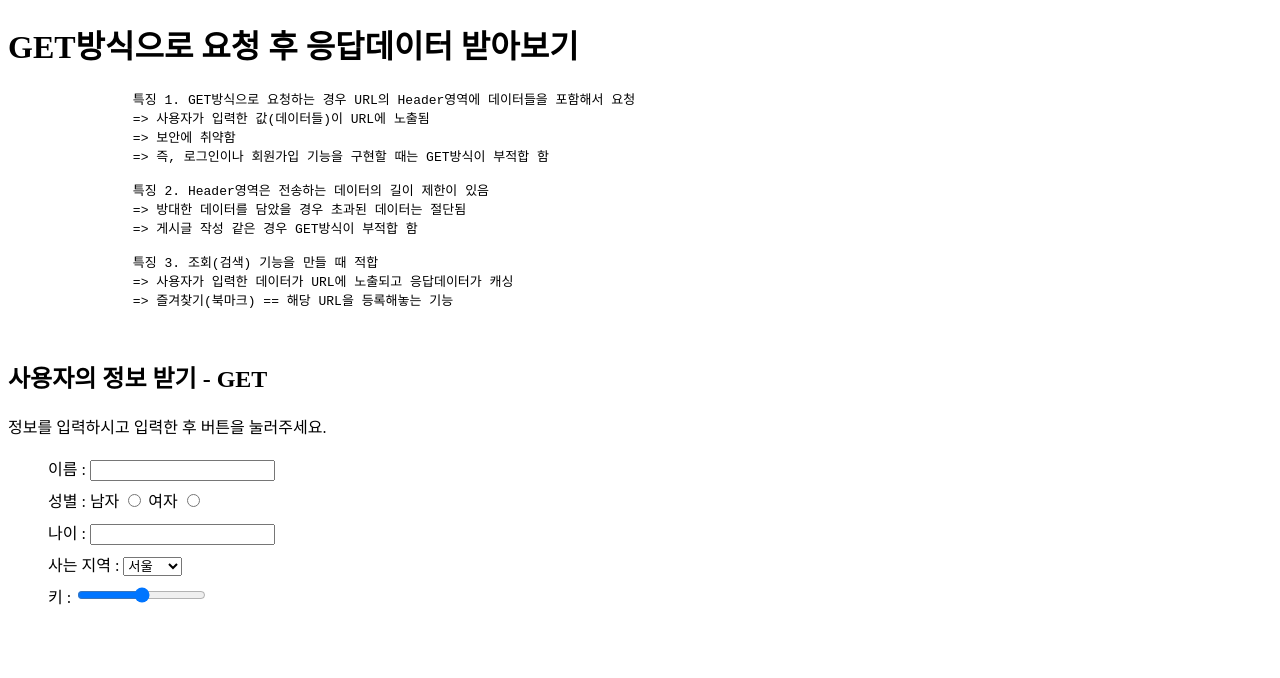
Repository: Rostreaca/0922_Web
Page: MyFirstWebProject/src/main/webapp/views/request_get.html
An editor plug-in stored every save of this project. The page is shown before and after the next save, followed by the edit.
The browser window is 1280 px wide. The pictures show the whole page.

Above is the page before, as saved 2025-09-22 08:13:12.

### MyFirstWebProject/src/main/webapp/views/request_get.html
<!DOCTYPE html>
<html>
<head>
<meta charset="UTF-8">
<title>Get 방식 요청 테스트</title>
<style>
	ul {
		list-style : none;
		line-height : 200%;
	}
</style>
</head>
<body>
	<h1>GET방식으로 요청 후 응답데이터 받아보기</h1>

	<pre>
		특징 1. GET방식으로 요청하는 경우 URL의 Header영역에 데이터들을 포함해서 요청
		=> 사용자가 입력한 값(데이터들)이 URL에 노출됨
		=> 보안에 취약함
		=> 즉, 로그인이나 회원가입 기능을 구현할 때는 GET방식이 부적합 함

		특징 2. Header영역은 전송하는 데이터의 길이 제한이 있음
		=> 방대한 데이터를 담았을 경우 초과된 데이터는 절단됨
		=> 게시글 작성 같은 경우 GET방식이 부적합 함

		특징 3. 조회(검색) 기능을 만들 때 적합
		=> 사용자가 입력한 데이터가 URL에 노출되고 응답데이터가 캐싱
		=> 즐겨찾기(북마크) == 해당 URL을 등록해놓는 기능

	</pre>

	<h2> 사용자의 정보 받기 - GET </h2>
	<p>정보를 입력하시고 입력한 후 버튼을 눌러주세요.</p>

	<form method="get">
		<ul>
			<li>
				이름 : <input type="text" />
			</li>
			<li>
				성별 :
				남자 <input type="radio" />
				여자 <input type="radio" />
			</li>
			<li>
				나이 : <input type="number" />
			</li>
			<li>
				사는 지역 :
				<select>
					<option>서울</option>
					<option>제주도</option>
				</select>
			</li>
			<li>
				키 : <input type="range" min="130" max="220" />
			</li>
			<li>

			</li>

		</ul>
	</form>



</body>
</html>

After the next save:
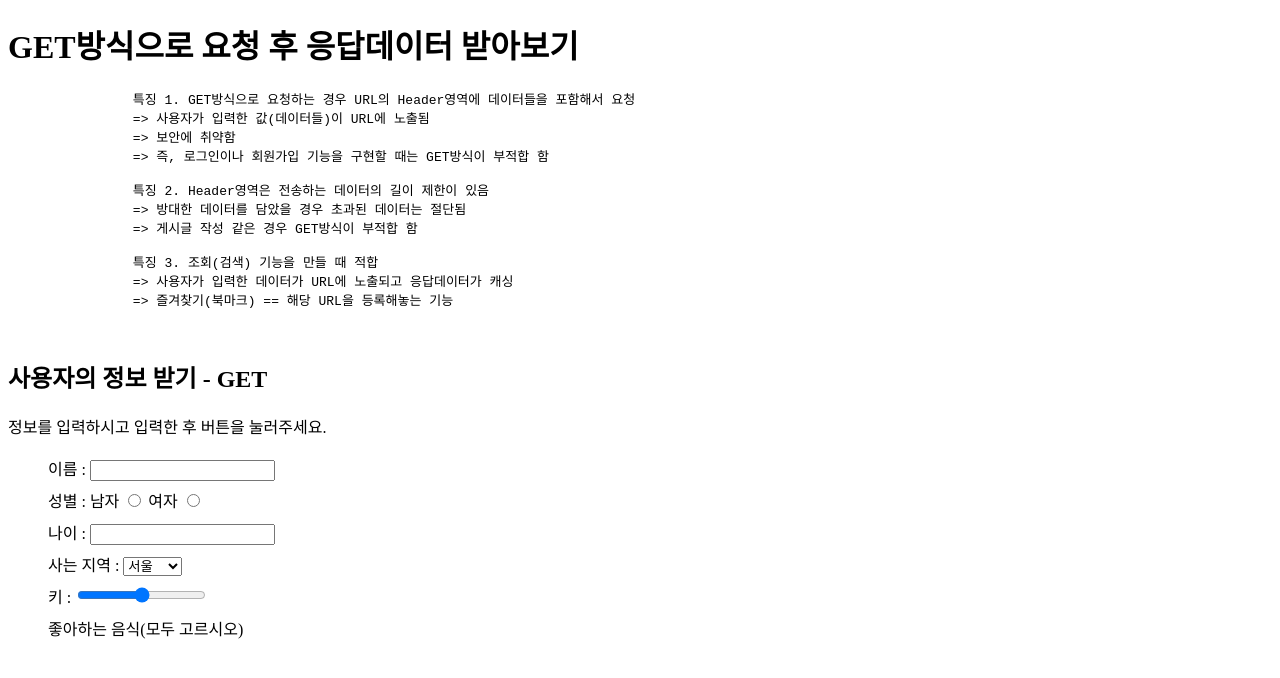
Saved 17 s later.
--- a/MyFirstWebProject/src/main/webapp/views/request_get.html
+++ b/MyFirstWebProject/src/main/webapp/views/request_get.html
@@ -56,7 +56,7 @@
 				키 : <input type="range" min="130" max="220" />
 			</li>
 			<li>
-
+				좋아하는 음식(모두 고르시오)
 			</li>
 
 		</ul>
